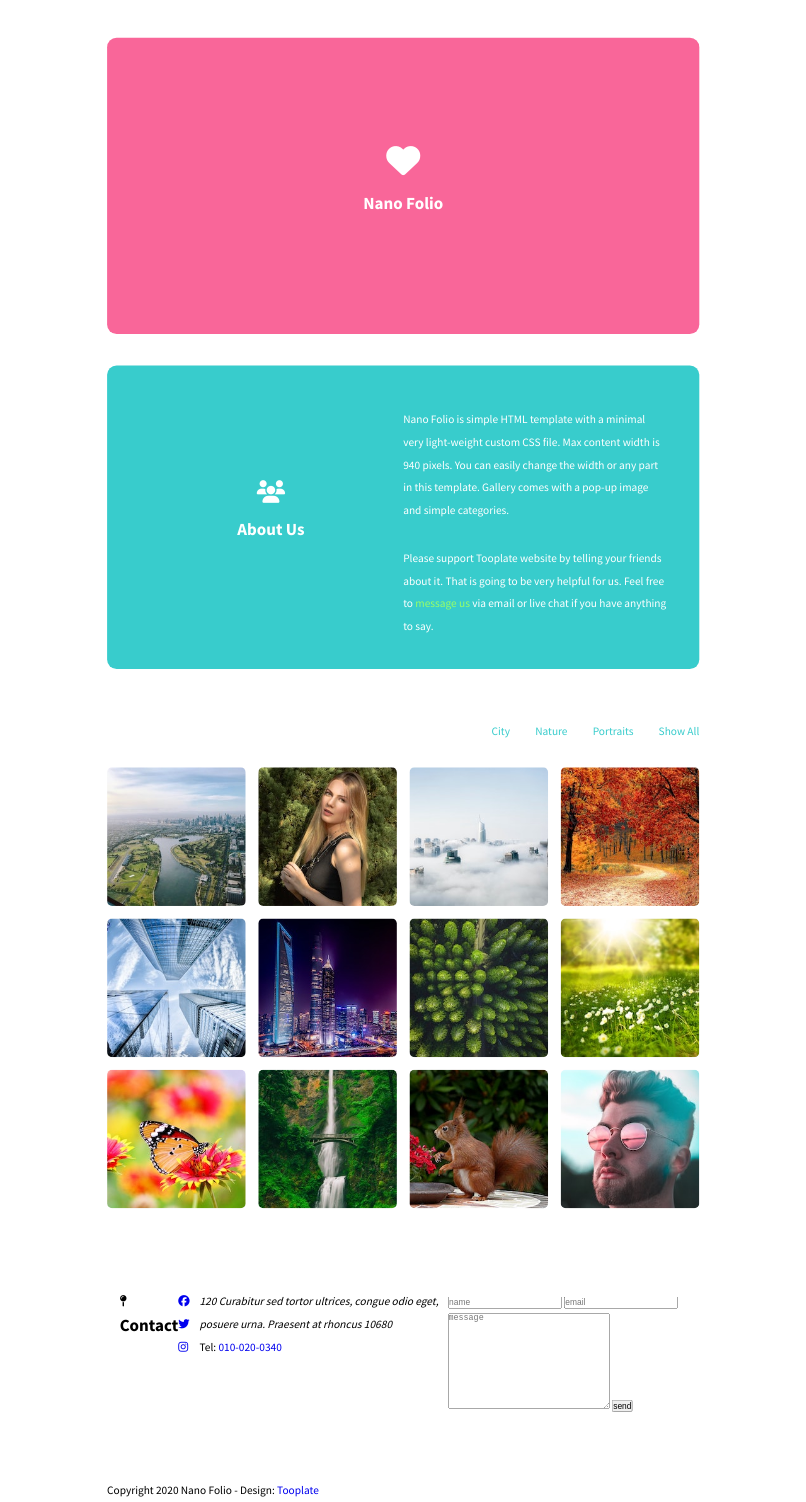
Repository: BuiVanVu102/Tooplate
Page: index.html
The author's editor kept a copy of each file at every save. The page is drawn from the files as they stood at one save, then again after the next save.
The browser window is 1280 px wide. The pictures show the whole page, at 63% of full size.
Some web libraries are served in a nearby version. The style sheet was rebuilt from its Sass, Less or Tailwind sources for each picture, by a compiler version that may differ from the author's.

Above is the page before, as saved 2021-11-16 16:15:38.

After the next save:
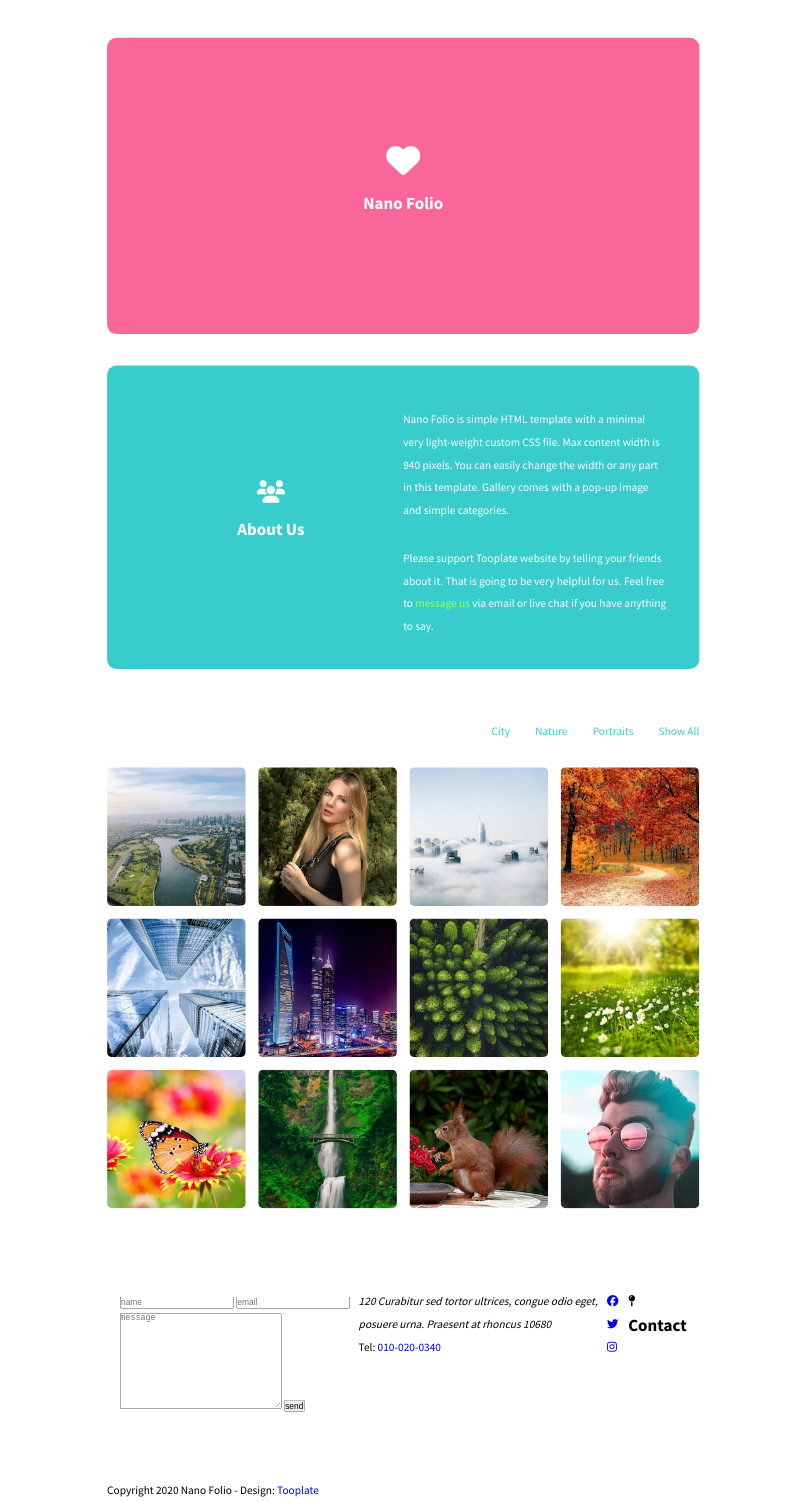
Saved 106 s later.
--- a/sass/_form.scss
+++ b/sass/_form.scss
@@ -2,7 +2,9 @@
 	margin-bottom: 50px;
 	&__container {
 		display: flex;
-		flex-direction: row-reverse;
+		flex-direction: row;
+		justify-content: space-around;
+
 		padding: 50px 20px;
 	}
 }

After the 2 saves that followed:
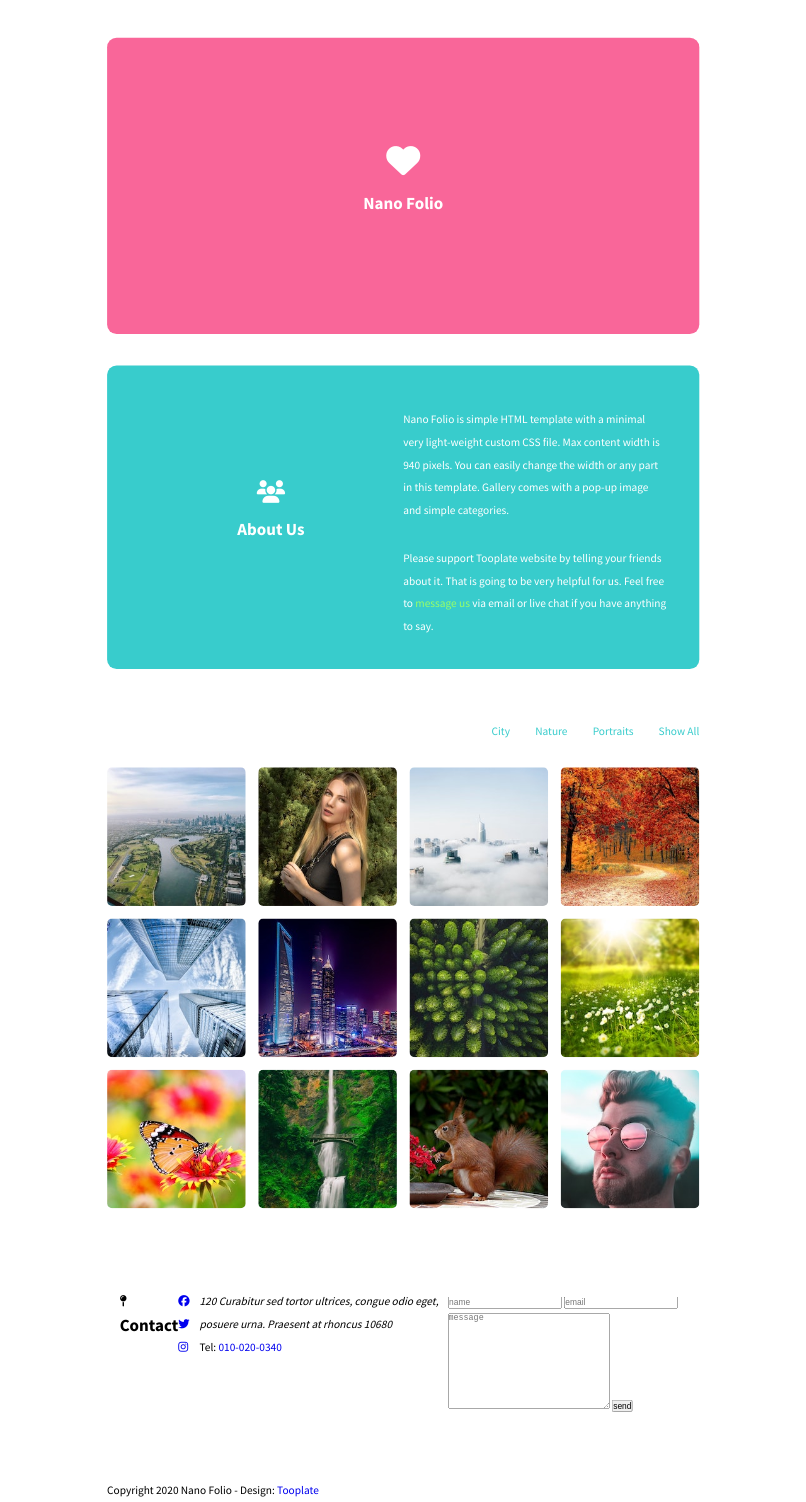
The 2 saves are shown as one change because 1 left the picture as it was.
The last was saved 41 s later.
--- a/sass/_form.scss
+++ b/sass/_form.scss
@@ -2,8 +2,8 @@
 	margin-bottom: 50px;
 	&__container {
 		display: flex;
-		flex-direction: row;
-		justify-content: space-around;
+		flex-direction: row-reverse;
+		justify-content: space-between;
 
 		padding: 50px 20px;
 	}
